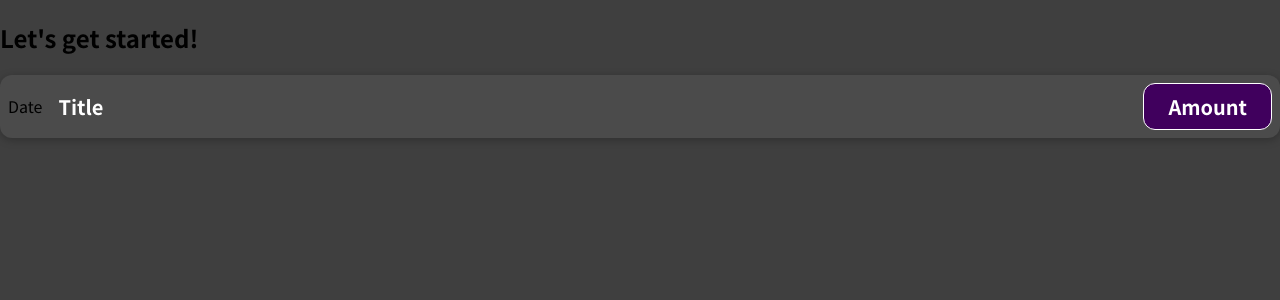
Repository: Dark-Developer93/react-complete-guide
Page: /
An editor plug-in stored every save of this project. The page is shown before and after the next save, followed by the edit.
The browser window is 1280 px wide. The pictures show the whole page.
The project was rebuilt for these pictures with package versions that can differ from the ones it lists, and the page was loaded fresh each time.

Above is the page before, as saved 2022-11-04 15:53:38.

After the next save:
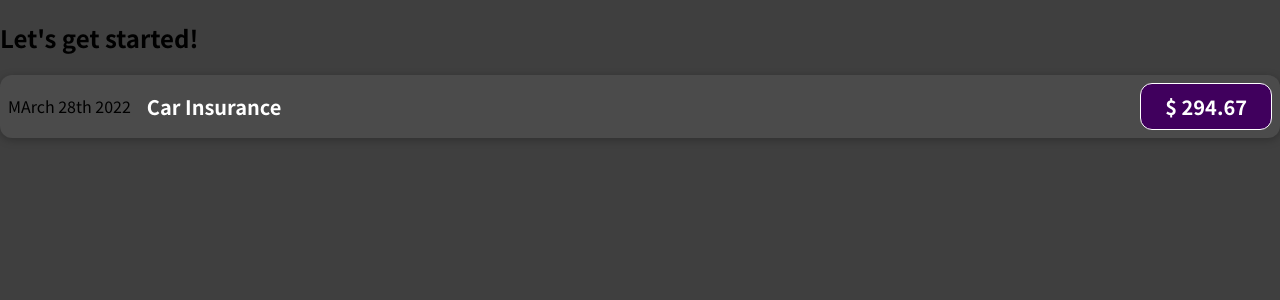
Saved 32 s later.
--- a/src/components/ExpenseItem.js
+++ b/src/components/ExpenseItem.js
@@ -3,10 +3,10 @@ import "./ExpenseItem.css";
 const ExpenseItem = () => {
   return (
     <div className="expense-item">
-      <div>Date</div>
+      <div>MArch 28th 2022</div>
       <div className="expense-item__description">
-        <h2>Title</h2>
-        <div className="expense-item__price">Amount</div>
+        <h2>Car Insurance</h2>
+        <div className="expense-item__price">$ 294.67</div>
       </div>
     </div>
   );
